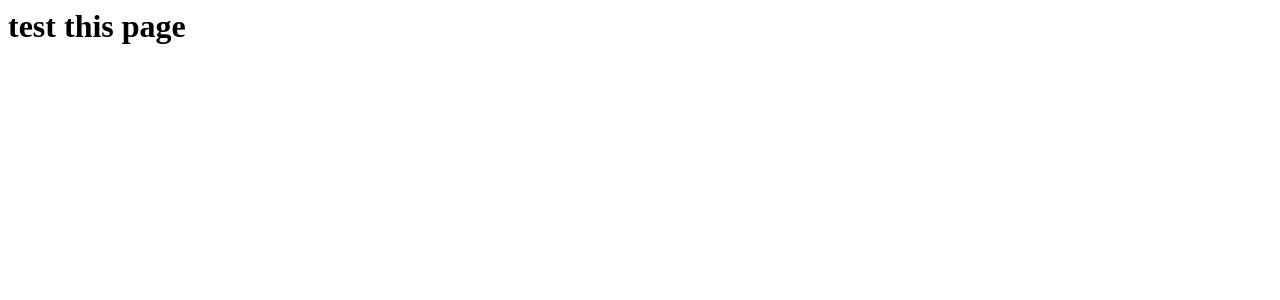
Repository: fisikusari/test-repo
Page: anohter.html
An editor plug-in stored every save of this project. The page is shown before and after the next save, followed by the edit.
The browser window is 1280 px wide. The pictures show the whole page.

Above is the page before, as saved 2021-11-12 22:37:51.

### anohter.html
<h1>test this page</h1>

After the next save:
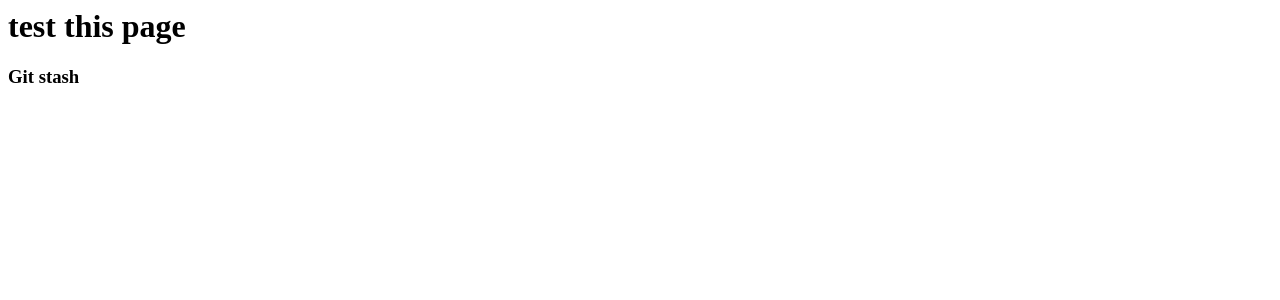
Saved 4 min 29 s later.
--- a/anohter.html
+++ b/anohter.html
@@ -1 +1,2 @@
 <h1>test this page</h1>
+<h3>Git stash</h3>
